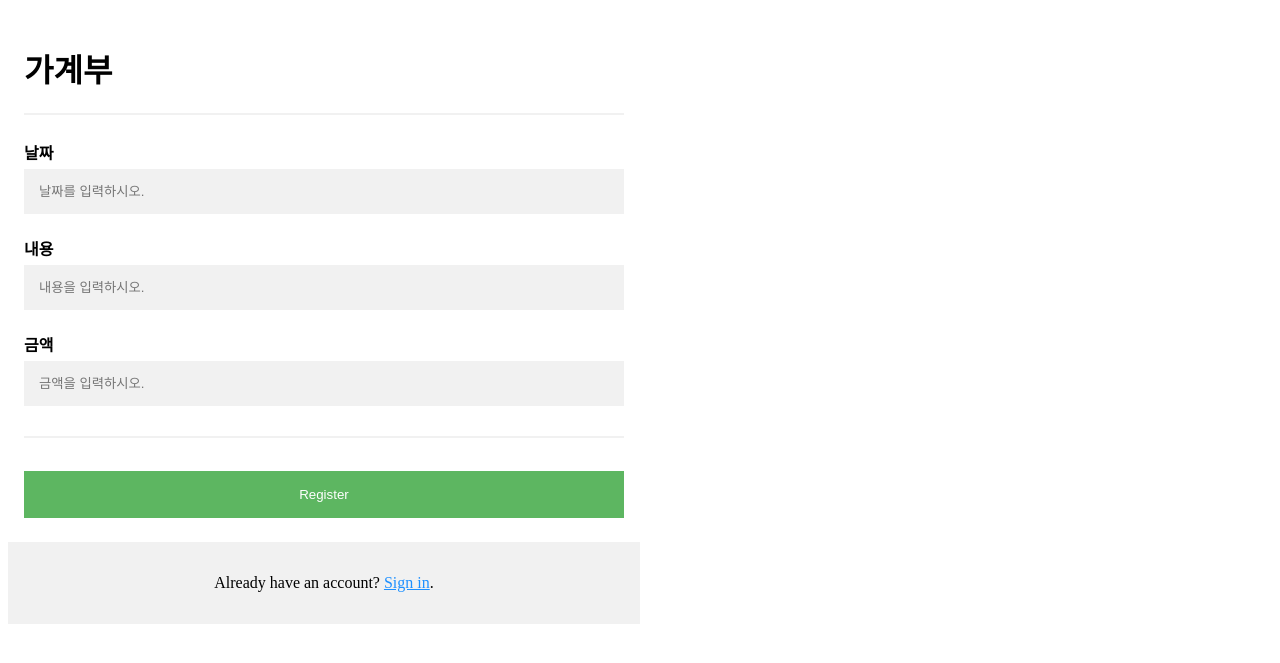
Repository: yonghwankim-dev/FinancialLedgerService
Page: http://localhost/FinancialLedger/
These files come from the project's save history. The page is drawn as it stood at one moment and after the next save; the edit follows.
The browser window is 1280 px wide. The pictures show the whole page.
The page is served by Tomcat 9. Other server files are loaded and not shown.

Above is the page before, as saved 2021-02-23 03:43:17.

### FinancialLedger/WebContent/index.jsp
<%@ page language="java" contentType="text/html; charset=EUC-KR"
    pageEncoding="EUC-KR"%>
<!DOCTYPE html>
<html>
<head>
<meta charset="EUC-KR">
<title>Insert title here</title>
<link rel="stylesheet" href="/css/index.css">
</head>
<body>
	<form action="action_page.php">
		<div class="container_align">
		  <div class="container">
		    <h1>가계부</h1>
		    <hr>

		    <label for="regdate"><b>날짜</b></label>
		    <input type="text" placeholder="날짜를 입력하시오." name="regdate" id="regdate" required>

		    <label for="content"><b>내용</b></label>
		    <input type="text" placeholder="내용을 입력하시오." name="content" id="content" required>

		    <label for="price"><b>금액</b></label>
		    <input type="text" placeholder="금액을 입력하시오." name="price" id="price" required>


		    <hr>


		    <button type="submit" class="registerbtn">Register</button>
		  </div>

		  <div class="container signin">
		    <p>Already have an account? <a href="#">Sign in</a>.</p>
		  </div>
	  </div>
	</form>
</body>
</html>

### FinancialLedger/WebContent/css/index.css
* {box-sizing: border-box}

/* Add padding to containers */
.container_align{

}
.container {
  width:50%;
  padding: 16px;
}

/* Full-width input fields */
input[type=text], input[type=password] {
  width: 100%;
  padding: 15px;
  margin: 5px 0 22px 0;
  display: inline-block;
  border: none;
  background: #f1f1f1;
}

input[type=text]:focus, input[type=password]:focus {
  background-color: #ddd;
  outline: none;
}

/* Overwrite default styles of hr */
hr {
  border: 1px solid #f1f1f1;
  margin-bottom: 25px;
}

/* Set a style for the submit/register button */
.registerbtn {
  background-color: #4CAF50;
  color: white;
  padding: 16px 20px;
  margin: 8px 0;
  border: none;
  cursor: pointer;
  width: 100%;
  opacity: 0.9;
}

.registerbtn:hover {
  opacity:1;
}

/* Add a blue text color to links */
a {
  color: dodgerblue;
}

/* Set a grey background color and center the text of the "sign in" section */
.signin {
  background-color: #f1f1f1;
  text-align: center;
}

After the next save:
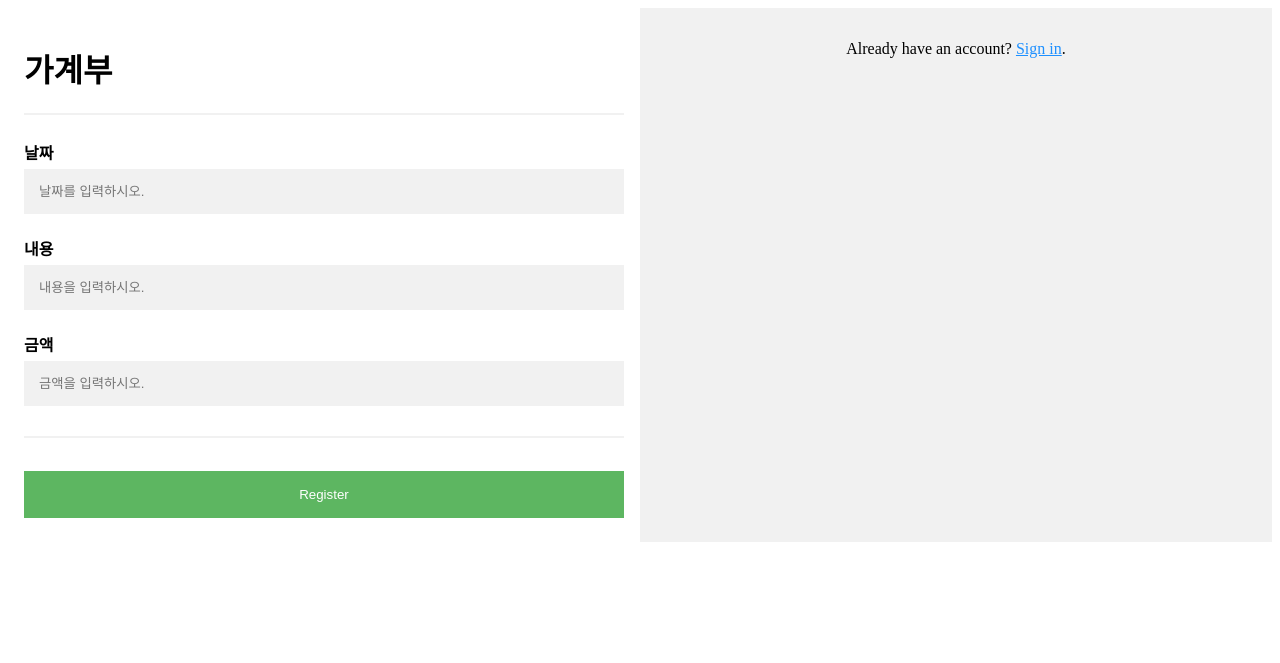
Saved 21 s later.
--- a/FinancialLedger/WebContent/css/index.css
+++ b/FinancialLedger/WebContent/css/index.css
@@ -2,7 +2,8 @@
 
 /* Add padding to containers */
 .container_align{
-
+	display: flex;
+	justify-content: center;
 }
 .container {
   width:50%;
